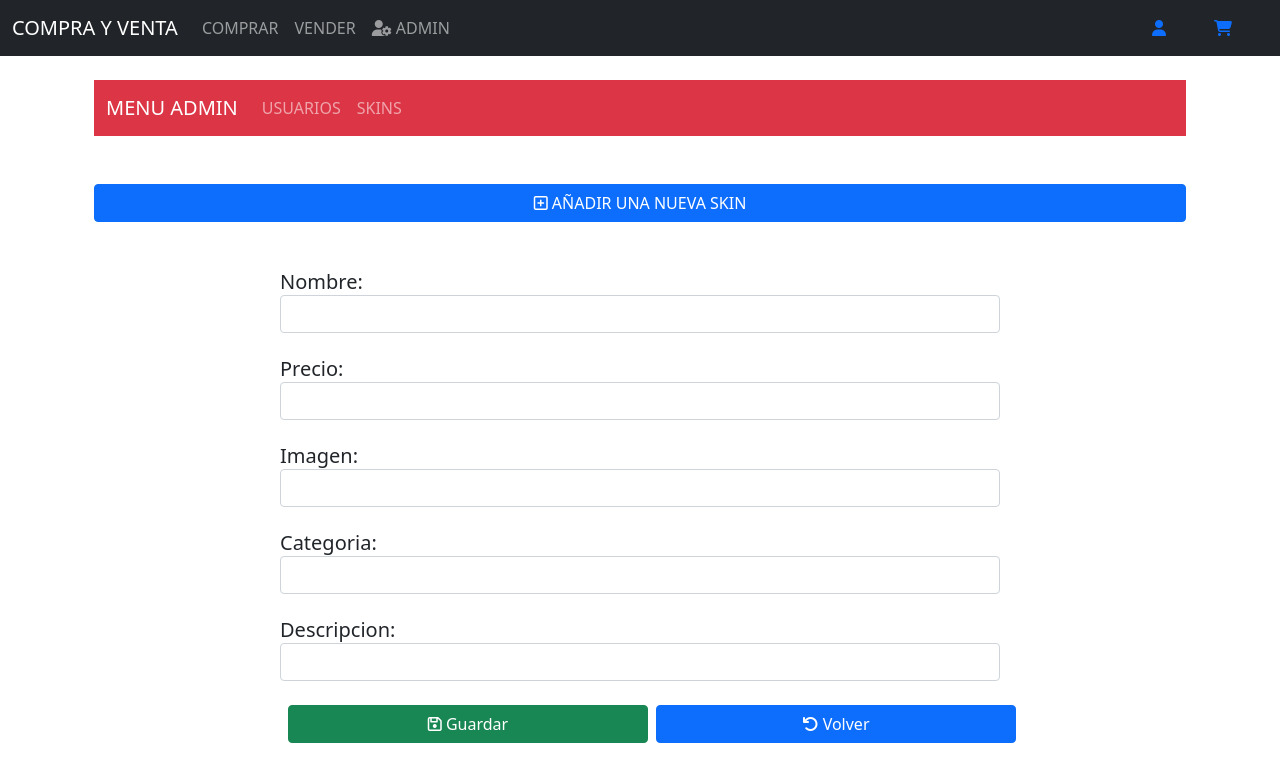
Repository: raultg98/compraYventaSkins
Page: src/views/admin/edit.ejs
An editor plug-in stored every save of this project. The page is shown before and after the next save, followed by the edit.
The browser window is 1280 px wide. The pictures show the whole page.
Some web libraries are served in a nearby version. The page is served by the project's Node server (src/app.js). The template is opened directly, without the code that normally fills it, so the values that code supplies are empty.

Above is the page before, as saved 2021-06-01 19:07:17.

After the next save:
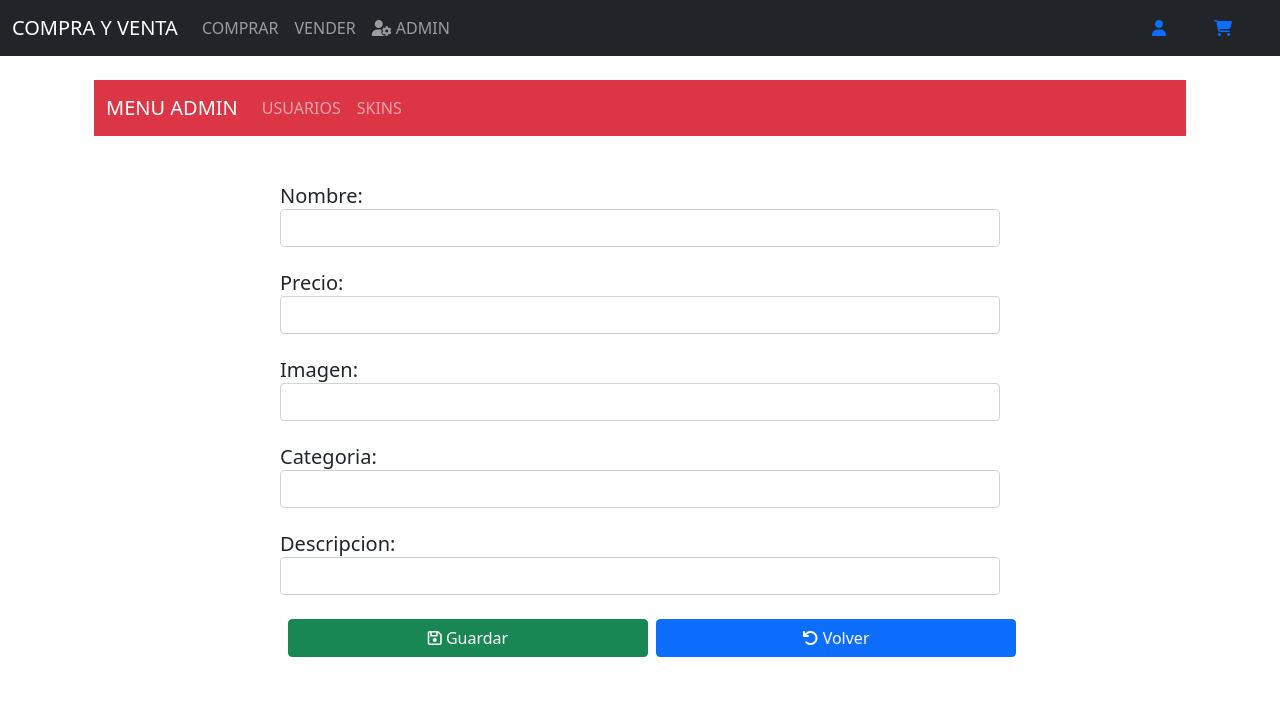
Saved 14 s later.
--- a/src/views/admin/edit.ejs
+++ b/src/views/admin/edit.ejs
@@ -5,12 +5,6 @@
 
 <div class="container p-4">
     <%- include('navbarAdmin.ejs')  %>
-</div>
-
-<div class="container p-4">
-    <a href="/skins/create" class="btn btn-primary btn-block text-white col-12">
-        <i class="far fa-plus-square"></i> AÑADIR UNA NUEVA SKIN
-    </a>
 </div>
 
 <div class="container p-4">
